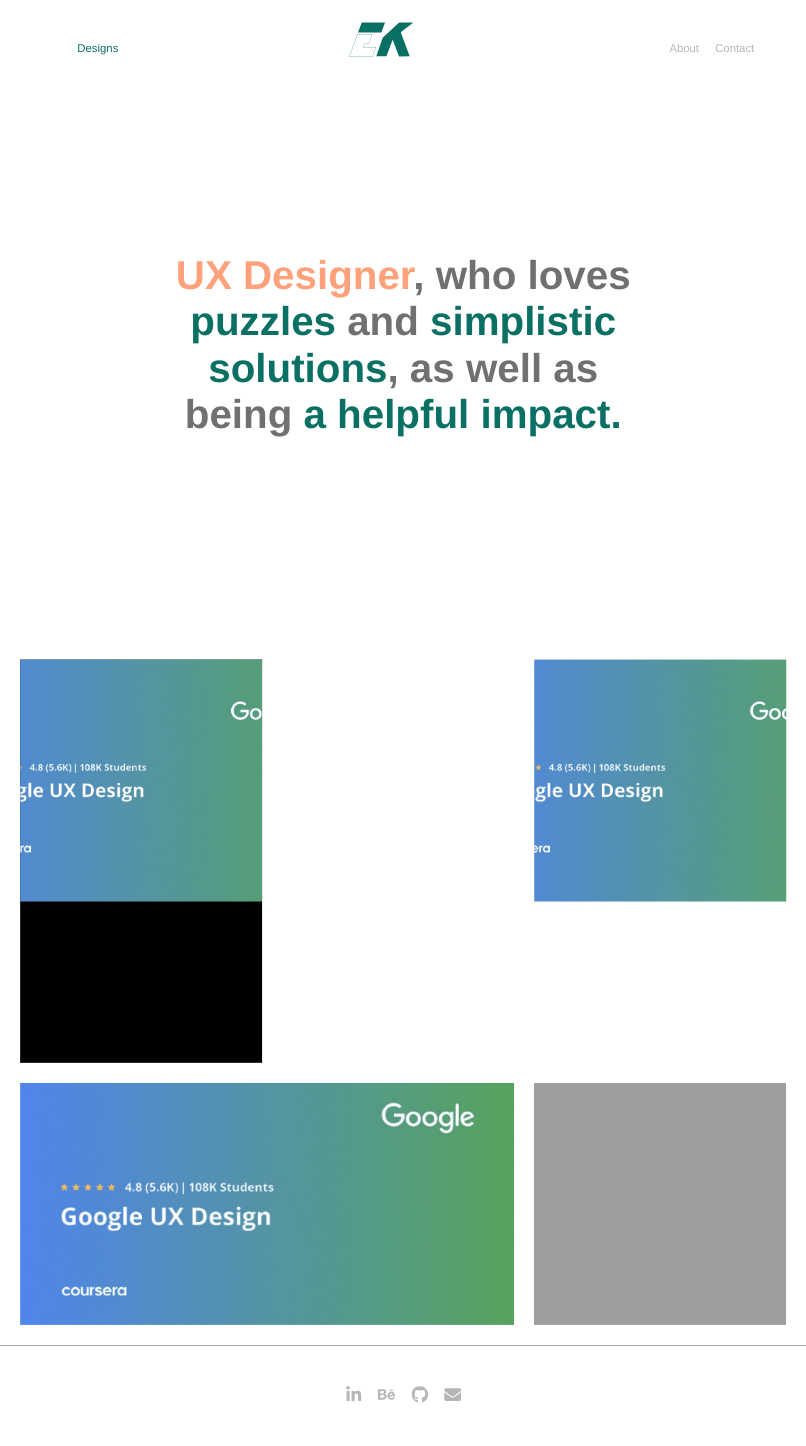
Repository: Kudom-E/Kudom-E.github.io
Page: /#/designs
The author's editor kept a copy of each file at every save. The page is drawn from the files as they stood at one save, then again after the next save.
The browser window is 1280 px wide. The pictures show the whole page, at 63% of full size.
Pictures or frames that could not be fetched are drawn as grey boxes. The project was rebuilt for these pictures with package versions that can differ from the ones it lists, and the page was loaded fresh each time. Also part of the build but not shown: next.config.js, src/Pages/Splash/Splash.js, src/Pages/About/About.js, src/Pages/Contact/Contact.js, src/Pages/Project/Project.js, src/App.css.

Above is the page before, as saved 2022-03-31 22:01:26.

### public/index.html
<!DOCTYPE html>
<html lang="en">
  <head>
    <meta charset="utf-8" />
    <link rel="icon" href="%PUBLIC_URL%/favicon.ico" />
    <meta name="viewport" content="width=device-width, initial-scale=1" />
    <meta name="theme-color" content="#000000" />
    <meta
      name="description"
      content="Web site created using create-react-app"
    />
    <link rel="apple-touch-icon" href="%PUBLIC_URL%/logo192.png" />
    <!--
      manifest.json provides metadata used when your web app is installed on a
      user's mobile device or desktop. See https://developers.google.com/web/fundamentals/web-app-manifest/
    -->
    <link rel="manifest" href="%PUBLIC_URL%/manifest.json" />
    <!--
      Notice the use of %PUBLIC_URL% in the tags above.
      It will be replaced with the URL of the `public` folder during the build.
      Only files inside the `public` folder can be referenced from the HTML.

      Unlike "/favicon.ico" or "favicon.ico", "%PUBLIC_URL%/favicon.ico" will
      work correctly both with client-side routing and a non-root public URL.
      Learn how to configure a non-root public URL by running `npm run build`.
    -->
    <title>React App</title>
    <script type="text/javascript">
      // Single Page Apps for GitHub Pages
      // MIT License
      // https://github.com/rafgraph/spa-github-pages
      // This script checks to see if a redirect is present in the query string,
      // converts it back into the correct url and adds it to the
      // browser's history using window.history.replaceState(...),
      // which won't cause the browser to attempt to load the new url.
      // When the single page app is loaded further down in this file,
      // the correct url will be waiting in the browser's history for
      // the single page app to route accordingly.
      (function(l) {
        if (l.search[1] === '/' ) {
          var decoded = l.search.slice(1).split('&').map(function(s) {
            return s.replace(/~and~/g, '&')
          }).join('?');
          window.history.replaceState(null, null,
              l.pathname.slice(0, -1) + decoded + l.hash
          );
        }
      }(window.location))
    </script>
  </head>
  <body>
    <noscript>You need to enable JavaScript to run this app.</noscript>
    <div id="root"></div>
    <!--
      This HTML file is a template.
      If you open it directly in the browser, you will see an empty page.

      You can add webfonts, meta tags, or analytics to this file.
      The build step will place the bundled scripts into the <body> tag.

      To begin the development, run `npm start` or `yarn start`.
      To create a production bundle, use `npm run build` or `yarn build`.
    -->
  </body>
</html>

### src/index.css
body {
  margin: 0;
  font-family: 'Franklin Gothic Medium', 'Arial Narrow', Arial, sans-serif;
  -webkit-font-smoothing: antialiased;
  -moz-osx-font-smoothing: grayscale;
}

code {
  font-family: source-code-pro, Menlo, Monaco, Consolas, 'Courier New',
    monospace;
}

:root {
  --primary-color: #0A7064;
  --secondary-color: #FFA17A;
  --accent-color: #707070;
  --dark: #000000;
  --bright: #ffffff;
}

h1, h3, h4, a, p {
  color: var(--accent-color);
}

.details h1 {
  font-size: 5rem;
  color: var(--bright);
}

h1 {
  font-size: 4rem;
}

a {
  font-size: 1.125rem;
  opacity: 0.5;
  text-decoration: none;
  margin: 0 1vw;
}


ul a:hover {
  color: var(--primary-color);
  opacity: 1;
}

h2 {
  font-size: 2rem;
  color: var(--accent-color)
}

h3 {
  font-size: 1.375rem;
  margin: 0 1vw;
}

p {
  font-size: 1rem;
  margin: 0;
}

### src/App.js
import { BrowserRouter as Router, Route, HashRouter} from 'react-router-dom';
import { Routes } from "./Routes";
import './App.css';

function App() {
  return (
    <HashRouter>
    <div>
      {Routes.map((route, index) => {
        return (
          <Route
            key={index}
            path={route.path}
            exact={route.exact}
            component={ (props => {
              return (
                <route.layout {...props} splash={route.splash}>
                  <route.component {...props}/>
                </route.layout>
              );
            })}
          />
        );
      })}
    </div>
  </HashRouter>
  );
}

export default App;

### src/Routes.js
import Layout from "./Layout/Layout";
import Home from "./Pages/Home/Home";
import Splash from "./Pages/Splash/Splash";
import About from "./Pages/About/About"
import Contact from "./Pages/Contact/Contact"
import Project from "./Pages/Project/Project";

export const Routes = [
    {
        path: "/",
        exact: true,
        layout: Layout,
        component: Splash,
        splash: true
    },
    {
        path: "/designs",
        exact: true,
        layout: Layout,
        component: Home
    },
    {
        path: "/about",
        layout: Layout,
        component: About
    },
    {
        path: "/contact",
        layout: Layout,
        component: Contact
    },
    {
        path: "/trailer-browsing-project",
        layout: Layout,
        component: Project
    }
]

### src/Layout/Layout.js
import React from 'react'
import Footer from './Footer';
import Header from './Header'


const Layout = (props) => (
    <div style={{height: "100vh"}}>
        {!props.splash && <Header/>}
        {props.children}
        {!props.splash && <Footer/>}
    </div>
);
export default Layout;

### src/Pages/Home/Home.js
import React, { Component } from 'react'

class Home extends Component {
  render() {
    return (
      <div className='home'>
          <h1>
              <strong>UX Designer</strong>, who loves <b>puzzles </b>
                and <b> simplistic solutions</b>, as well as being
                <b> a helpful impact.</b>
            </h1>
            <div className='grid-container'>
                <a href="/#/trailer-browsing-project">
                  <div className='grid-item coursera'/>
                </a>
                <div className='grid-item coursera'/>
                <div className='grid-item coursera'/>
                <div className='grid-item kace'/>
            </div>
      </div>
    )
  }
}
export default Home;

### src/Layout/Footer.js
import React from 'react'
import * as IconF from 'react-icons/fa'

function Footer() {
  return (
    <footer>
        <div>
            <a href='https://www.linkedin.com/in/emmanuel-kudom-agyemang-b93a4117a/'><IconF.FaLinkedinIn className='f-icon'/></a>
            <a href='https://www.behance.net/emmanuelk1'><IconF.FaBehance className='f-icon'/></a>
            <a href='https://github.com/Kudom-E'><IconF.FaGithub className='f-icon'/></a>
            <a href='mailto:emmanuekudomagyemang@gmail.com'><IconF.FaEnvelope className='f-icon'/></a>
        </div>
    </footer>
  )
}

export default Footer

### src/Layout/Header.js
import React from 'react'
import "./Layout.css"
import Logo from '../Logo.svg'
import { NavLink, withRouter } from 'react-router-dom'


function Header() {
  return (
    <header>
        <nav>
            <ul>
                <NavLink to="/designs" activeStyle={{color: "#0A7064", opacity: "1"}}>Designs</NavLink>
            </ul>
        </nav>
        <div className='logo-container'>
            <a href="/">
                <img className="logo" src={Logo} alt="logo"/>
            </a>
        </div>
        <nav>
            <ul>
                <NavLink to='/about' activeStyle={{color: "#0A7064", opacity: "1"}}>About</NavLink>
                <NavLink to='/contact' activeStyle={{color: "#0A7064", opacity: "1"}}>Contact</NavLink>
            </ul>
        </nav>
    </header>
  )
}

export default withRouter(Header);

### src/Pages/Pages.css
.splash {
    background-image: url("../Images/pexels-cottonbro-4069291.jpg");
    filter: blur(10px);
    height: 100%;
    background-position: center;
    background-size: cover;
    position: relative;
}
.cover {
    background: var(--accent-color);
    opacity: 0.4;
    position: absolute;
    top: 0;
    left: 0;
    height: 100%;
    width: 100%;
}
.details {
    position: absolute;
    z-index: 1000;
    width: 100%;
    text-align: center;
    top: 30vh;
}

.links {
    margin: 4rem;
    display: flex;
    justify-content: center;
}

.links a {
color: var(--primary-color);
}
.links p {
    color: var(--primary-color);
    margin-top: -5px;
}
strong {
    color: var(--secondary-color);
}
b {
    color: var(--primary-color);
}

.home h1, .project h1 {
    text-align: center;
    padding: 4em 4em 0;
}
.project h1 {
    padding: 2em 4em 0;
    margin-bottom: 0;
}


.intro {
    text-align: center;
    padding: 6em 6em 0
}
.sub-intro {
    text-align: center;
    padding: 2em 0 0;
}
.sub {
    opacity: 0.5;
    text-align: center;
    margin: 1em 0 0 0;
}

.goals {
    background-color: var(--accent-color);
    padding: 5em;
    justify-content: center;
    flex-direction: row;
}
.goals div {
    margin: 0 5vw;
}
.goals p {
    color: var(--bright);
    width: 30vw;
}
.goals h2 {
    color: var(--bright);
}

.grid-container {
    display: grid;
    grid-template-columns: auto auto;
    margin: 20em 0 0 0;
    padding: 2em;
    gap: 2em;
}
.grid-container a {
    margin: 0;
    opacity: 1;
    background-color: var(--dark);
    height: 50vw;
    width: 30vw;

}

.grid-item {
    text-align: center;
    width: 100%;
    height: 30vw;
}
.coursera {
    background-image: url("../Images/coursera.png");
    background-size: cover;
    background-position: center;
    background-repeat: no-repeat;
}

.kace {
    background-image: url("../Images/kace.jpg");
    background-size: cover;
    background-position: center;
    background-repeat: no-repeat;
}
section {
    margin: 5rem 0  0 0;
    display: flex;
    flex-direction: column;
    align-items: center;
}
.top {
    margin: 0;
}

section h3 {
    margin: 3rem 0 0 0;
}
section .mid {
    width: 60vw;
}

.goal-card, .problem-card {
    padding: 4rem;
    text-align: center;
}
.goal-card {
    background-color: var(--secondary-color);
}

.goal-card h2, .problem-card h2 {
    color: var(--bright);
}
.card {
    margin: 2rem 0 2rem 0;
}
.problem-card {
    background-color: var(--primary-color);
    width: 65vw;
}
.idea-card {
    display: flex;
}
.finish {
    margin: 6rem 0 0 0;
}
.display {
    background-color: #F5F5F5;
    height: 40vw;
}
.finish-line {
    background-image: url("../Images//finish.jpg");
    background-size: cover;
    background-position: center;
    background-repeat: no-repeat;
    height: 30vw;
    width: 100%;
    display: flex;
    justify-content: center;
    align-items: center;
}
.dark-cover {
    background: var(--dark);
    opacity: 0.8;
    height: 100%;
    width: 100%;
}
.display {
    display: flex;
    justify-content: center;
    padding: 4rem 0;
    width: 100%;
}
section a {
    width: 100%;
}
.map-card {
    margin-bottom: -4rem;
}
.finish-text {
    position: absolute;
    text-align: center;
    width: 100%;
}
.finish-text h2, .finish-text p {
    color: var(--bright);
}

### src/Layout/Layout.css
header {
    height: 50px;
    background-color: #ffffff;
    margin: 50px 0 0 0;
    padding: 0 70px;
    display: flex;
    justify-content: space-between;
}
.logo-container a {
    opacity: 1;
}

.logo {
    width: 8vw;
    height: 8vw;
    margin: -3vw 0 0 0;
  }
footer {
    border-top: .1rem solid var(--accent-color);
    display: flex;
    align-items: center;
    justify-content: center;
    padding: 4rem 5rem;
}
.f-icon {
    font-size: 1.5em;
}
footer a:hover {
    opacity: 1;
}

Loaded but not shown: src/index.js (common file); src/reportWebVitals.js (common file)

After the next save:
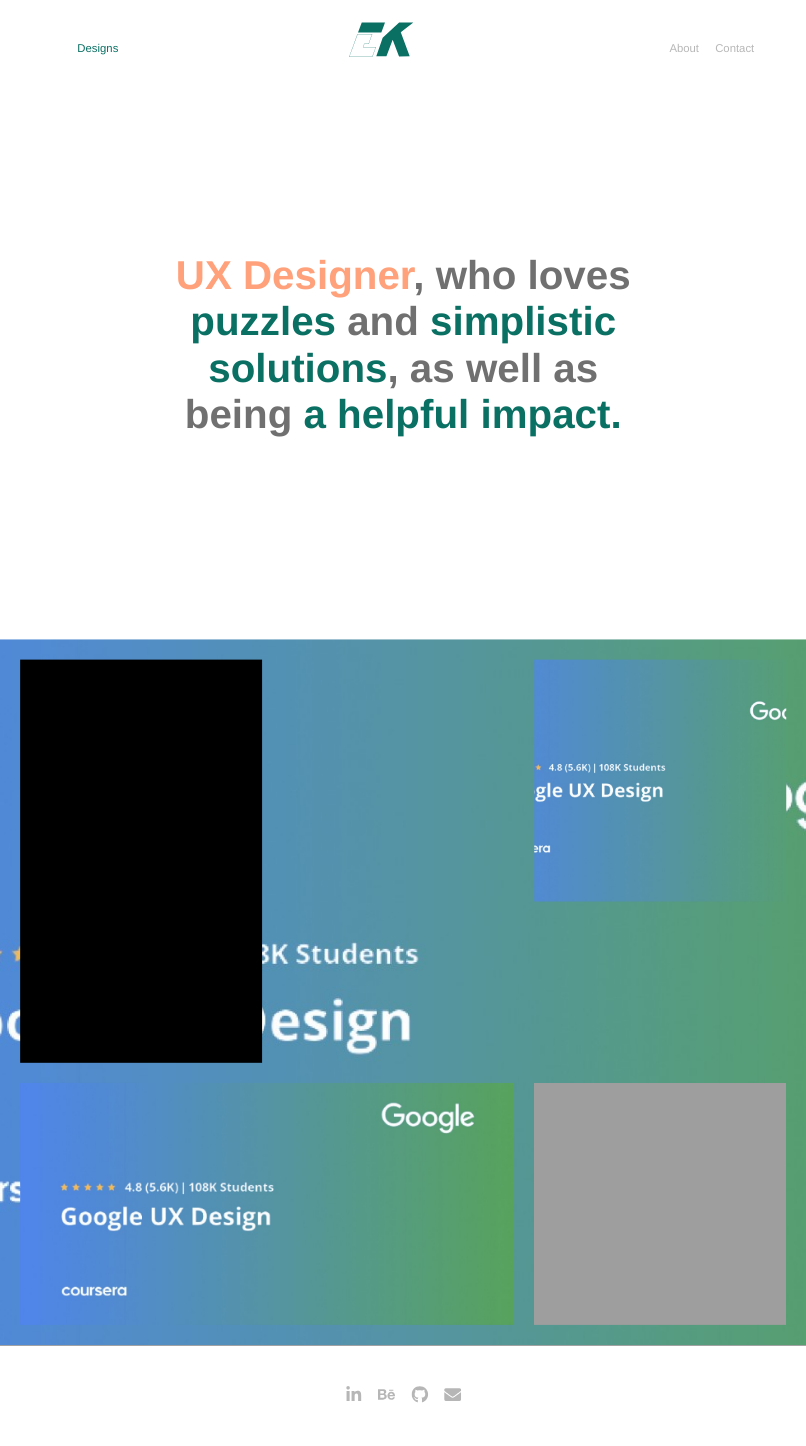
Saved 22 s later.
--- a/src/Pages/Home/Home.js
+++ b/src/Pages/Home/Home.js
@@ -9,9 +9,9 @@
                 and <b> simplistic solutions</b>, as well as being
                 <b> a helpful impact.</b>
             </h1>
-            <div className='grid-container'>
+            <div className='grid-container coursera'>
                 <a href="/#/trailer-browsing-project">
-                  <div className='grid-item coursera'/>
+                  <div className='grid-item'/>
                 </a>
                 <div className='grid-item coursera'/>
                 <div className='grid-item coursera'/>
